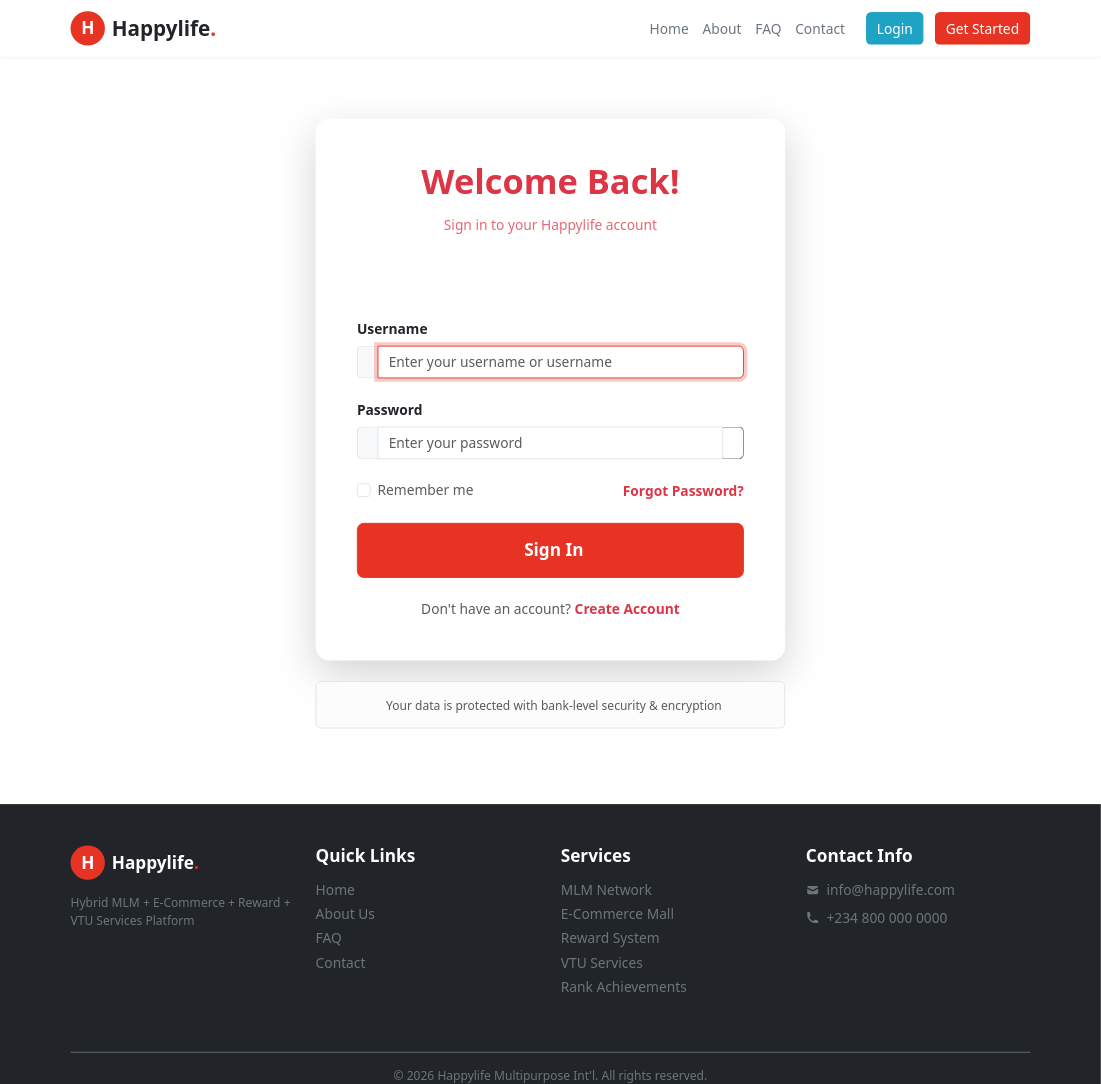
Repository: YackswebCode/happylife
Page: http://localhost/login
The author's editor kept a copy of each file at every save. The page is drawn from the files as they stood at one save, then again after the next save.
The browser window is 1280 px wide. The pictures show the whole page, at 86% of full size.
The page is served by the project's Laravel application, run on PHP 8.4 with Laravel 12. Other server files are loaded and not shown.

Above is the page before, as saved 2026-03-14 14:45:05.

### app/Http/Controllers/Auth/LoginController.php
<?php

namespace App\Http\Controllers\Auth;

use App\Http\Controllers\Controller;
use Illuminate\Http\Request;
use Illuminate\Support\Facades\Auth;

class LoginController extends Controller
{
    /**
     * Show login form
     */
    public function showLoginForm()
    {
        return view('auth.login');
    }

    /**
     * Handle login request
     */
    public function login(Request $request)
    {
        // Validate request
        $credentials = $request->validate([
            'username' => ['required', 'string'],
            'password' => ['required', 'string'],
        ]);

        // Attempt login using username
        if (Auth::attempt([
            'username' => $credentials['username'],
            'password' => $credentials['password']
        ], $request->boolean('remember'))) {

            $request->session()->regenerate();

            $user = Auth::user();

            /**
             * 1️⃣ Check Email Verification
             */
            if (!$user->email_verified_at) {
                Auth::logout();

                return back()->withErrors([
                    'username' => 'Please verify your email address first.',
                ])->onlyInput('username');
            }

            /**
             * 2️⃣ Check Payment Status
             */
            if ($user->payment_status !== 'paid') {
                Auth::logout();

                return back()->withErrors([
                    'username' => 'Please complete your payment to activate your account.',
                ])->onlyInput('username');
            }

            /**
             * 3️⃣ Check Account Status
             */
            if ($user->status !== 'active') {
                Auth::logout();

                return back()->withErrors([
                    'username' => 'Your account is not active. Please contact support.',
                ])->onlyInput('username');
            }

            // All checks passed
            return redirect()->intended('dashboard');
        }

        /**
         * Login Failed
         */
        return back()->withErrors([
            'username' => 'The provided credentials do not match our records.',
        ])->onlyInput('username');
    }

    /**
     * Logout user
     */
    public function logout(Request $request)
    {
        Auth::logout();

        $request->session()->invalidate();
        $request->session()->regenerateToken();

        return redirect('/');
    }
}

### resources/views/auth/login.blade.php
@extends('layouts.app')

@section('title', 'Login - Happylife Multipurpose Int\'l')

@section('content')
<div class="container py-5 py-lg-6">
    <div class="row justify-content-center">
        <div class="col-md-8 col-lg-6">
            <!-- Login Card -->
            <div class="card border-0 shadow-lg rounded-4 overflow-hidden">
                <!-- Card Header -->
                <div class="card-header bg-gradient text-white p-5 border-0" style="background: linear-gradient(135deg, #1FA3C4 0%, #3DB7D6 100%);">
                    <div class="text-center">
                        <h2 class="h1 fw-bold mb-3 text-danger">Welcome Back!</h2>
                        <p class="mb-0 opacity-75 text-danger">Sign in to your Happylife account</p>
                    </div>
                </div>

                <!-- Card Body -->
                <div class="card-body p-5">
                    <form method="POST" action="{{ route('login') }}">
                        @csrf

                        <!-- username Input -->
                        <div class="mb-4">
                            <label for="username" class="form-label fw-semibold">Username</label>
                            <div class="input-group">
                                <span class="input-group-text bg-light border-end-0">
                                    <i class="bi bi-envelope text-muted"></i>
                                </span>
                                <input id="username" type="username" class="form-control @error('username') is-invalid @enderror"
                                       name="username" value="{{ old('username') }}" required autocomplete="username" autofocus
                                       placeholder="Enter your username or username">
                            </div>
                            @error('username')
                                <span class="invalid-feedback d-block" role="alert">
                                    <strong>{{ $message }}</strong>
                                </span>
                            @enderror
                        </div>

                        <!-- Password Input -->
                        <div class="mb-4">
                            <label for="password" class="form-label fw-semibold">Password</label>
                            <div class="input-group">
                                <span class="input-group-text bg-light border-end-0">
                                    <i class="bi bi-lock text-muted"></i>
                                </span>
                                <input id="password" type="password" class="form-control @error('password') is-invalid @enderror"
                                       name="password" required autocomplete="current-password"
                                       placeholder="Enter your password">
                                <button class="btn btn-outline-secondary border-start-0" type="button" id="togglePassword">
                                    <i class="bi bi-eye"></i>
                                </button>
                            </div>
                            @error('password')
                                <span class="invalid-feedback d-block" role="alert">
                                    <strong>{{ $message }}</strong>
                                </span>
                            @enderror
                        </div>

                        <!-- Remember Me & Forgot Password -->
                        <div class="d-flex justify-content-between align-items-center mb-4">
                            <div class="form-check">
                                <input class="form-check-input" type="checkbox" name="remember" id="remember" {{ old('remember') ? 'checked' : '' }}>
                                <label class="form-check-label text-muted" for="remember">
                                    Remember me
                                </label>
                            </div>
                            @if (Route::has('password.request'))
                               <a class="text-danger text-decoration-none fw-semibold" href="{{ route('password.request') }}">
                                    Forgot Password?
                                </a>
                            @endif
                        </div>

                        <!-- Submit Button -->
                        <div class="mb-4">
                            <button type="submit" class="btn btn-danger btn-lg w-100 py-3 fw-bold">
                                <i class="bi bi-box-arrow-in-right me-2"></i> Sign In
                            </button>
                        </div>


                        <!-- Registration Link -->
                        <div class="text-center">
                            <p class="text-muted mb-0">Don't have an account?
                                <a href="{{ route('register') }}" class="text-danger fw-semibold text-decoration-none">
                                    Create Account
                                </a>
                            </p>
                        </div>
                    </form>
                </div>
            </div>

            <!-- Security Note -->
            <div class="alert alert-light border mt-4 text-center">
                <div class="d-flex align-items-center justify-content-center">
                    <i class="bi bi-shield-check text-success me-2"></i>
                    <small class="text-muted">Your data is protected with bank-level security & encryption</small>
                </div>
            </div>
        </div>
    </div>
</div>

<style>
    .login-icon svg {
        transition: transform 0.3s ease;
    }

    .login-icon:hover svg {
        transform: scale(1.1);
    }

    .form-control:focus, .form-select:focus {
        border-color: #E63323;
        box-shadow: 0 0 0 0.25rem rgba(230, 51, 35, 0.25);
    }

    .btn-danger {
        background-color: #E63323;
        border-color: #E63323;
    }

    .btn-danger:hover {
        background-color: #d6281a;
        border-color: #d6281a;
    }

    @media (max-width: 768px) {
        .py-lg-6 {
            padding-top: 3rem !important;
            padding-bottom: 3rem !important;
        }

        .card-header, .card-body {
            padding: 2rem !important;
        }
    }
</style>

<script>
    // Toggle password visibility
    document.addEventListener('DOMContentLoaded', function() {
        const togglePassword = document.getElementById('togglePassword');
        const password = document.getElementById('password');

        if (togglePassword && password) {
            togglePassword.addEventListener('click', function() {
                const type = password.getAttribute('type') === 'password' ? 'text' : 'password';
                password.setAttribute('type', type);

                // Toggle eye icon
                const icon = this.querySelector('i');
                if (type === 'password') {
                    icon.classList.remove('bi-eye-slash');
                    icon.classList.add('bi-eye');
                } else {
                    icon.classList.remove('bi-eye');
                    icon.classList.add('bi-eye-slash');
                }
            });
        }

        // Form validation
        const form = document.querySelector('form');
        if (form) {
            form.addEventListener('submit', function(e) {
                const username = document.getElementById('username');
                const password = document.getElementById('password');

                if (!username.value || !password.value) {
                    e.preventDefault();
                    if (!username.value) {
                        username.classList.add('is-invalid');
                    }
                    if (!password.value) {
                        password.classList.add('is-invalid');
                    }
                }
            });
        }
    });
</script>
@endsection

### resources/views/layouts/app.blade.php
<!DOCTYPE html>
<html lang="{{ str_replace('_', '-', app()->getLocale()) }}">
<head>
    <meta charset="utf-8">
    <meta name="viewport" content="width=device-width, initial-scale=1">
    <meta name="csrf-token" content="{{ csrf_token() }}">
    <title>@yield('title', 'Happylife Multipurpose Int\'l')</title>

    <!-- Fonts -->
    <link rel="preconnect" href="https://fonts.bunny.net">
    <link href="https://fonts.bunny.net/css?family=inter:400,500,600,700" rel="stylesheet" />

    <!-- Bootstrap CSS -->
    <link href="https://cdn.jsdelivr.net/npm/bootstrap@5.3.2/dist/css/bootstrap.min.css" rel="stylesheet">

    <style>
        :root {
            --color-red: #E63323;
            --color-teal-blue: #1FA3C4;
            --color-dark-gray: #333333;
            --color-light-gray: #E6E6E6;
            --color-soft-cyan: #3DB7D6;
        }

        .bg-red-happylife { background-color: var(--color-red); }
        .text-red-happylife { color: var(--color-red); }
        .border-red-happylife { border-color: var(--color-red); }

        .bg-teal-blue { background-color: var(--color-teal-blue); }
        .text-teal-blue { color: var(--color-teal-blue); }

        .bg-soft-cyan { background-color: var(--color-soft-cyan); }
    </style>
</head>
<body class="font-inter">

    <!-- Navigation -->
    <nav class="navbar navbar-expand-lg navbar-light bg-white shadow-sm sticky-top">
        <div class="container">
            <a class="navbar-brand d-flex align-items-center" href="{{ route('home') }}">
                <div class="bg-red-happylife rounded-circle d-flex justify-content-center align-items-center me-2" style="width:40px; height:40px;">
                    <span class="text-white fw-bold fs-5">H</span>
                </div>
                <span class="fs-4 fw-bold text-dark">Happylife<span class="text-red-happylife">.</span></span>
            </a>

            <button class="navbar-toggler" type="button" data-bs-toggle="collapse" data-bs-target="#navbarNav"
                aria-controls="navbarNav" aria-expanded="false" aria-label="Toggle navigation">
                <span class="navbar-toggler-icon"></span>
            </button>

            <div class="collapse navbar-collapse" id="navbarNav">
                <ul class="navbar-nav ms-auto mb-2 mb-lg-0 align-items-lg-center">
                    <li class="nav-item">
                        <a class="nav-link text-secondary" href="{{ route('home') }}">Home</a>
                    </li>
                    <li class="nav-item">
                        <a class="nav-link text-secondary" href="{{ route('about') }}">About</a>
                    </li>
                    <li class="nav-item">
                        <a class="nav-link text-secondary" href="{{ route('faq') }}">FAQ</a>
                    </li>
                    <li class="nav-item">
                        <a class="nav-link text-secondary" href="{{ route('contact') }}">Contact</a>
                    </li>
                    <li class="nav-item ms-lg-3">
                        <a class="btn bg-teal-blue text-white me-2" href="{{ route('login') }}">Login</a>
                        <a class="btn bg-red-happylife text-white" href="{{ route('register') }}">Get Started</a>
                    </li>
                </ul>
            </div>
        </div>
    </nav>

    <!-- Page Content -->
    <main class="py-4">
        @yield('content')
    </main>

    <!-- Footer -->
    <footer class="bg-dark text-white pt-5">
        <div class="container">
            <div class="row">
                <div class="col-md-3 mb-4">
                    <a href="{{ route('home') }}" class="d-flex align-items-center mb-3 text-decoration-none">
                        <div class="bg-red-happylife rounded-circle d-flex justify-content-center align-items-center me-2" style="width:40px; height:40px;">
                            <span class="text-white fw-bold fs-5">H</span>
                        </div>
                        <span class="fs-5 fw-bold text-white">Happylife<span class="text-red-happylife">.</span></span>
                    </a>
                    <p class="text-secondary small">Hybrid MLM + E-Commerce + Reward + VTU Services Platform</p>
                </div>

                <div class="col-md-3 mb-4">
                    <h5 class="fw-semibold mb-3">Quick Links</h5>
                    <ul class="list-unstyled">
                        <li><a class="text-secondary text-decoration-none d-block mb-1" href="{{ route('home') }}">Home</a></li>
                        <li><a class="text-secondary text-decoration-none d-block mb-1" href="{{ route('about') }}">About Us</a></li>
                        <li><a class="text-secondary text-decoration-none d-block mb-1" href="{{ route('faq') }}">FAQ</a></li>
                        <li><a class="text-secondary text-decoration-none d-block" href="{{ route('contact') }}">Contact</a></li>
                    </ul>
                </div>

                <div class="col-md-3 mb-4">
                    <h5 class="fw-semibold mb-3">Services</h5>
                    <ul class="list-unstyled text-secondary">
                        <li class="mb-1">MLM Network</li>
                        <li class="mb-1">E-Commerce Mall</li>
                        <li class="mb-1">Reward System</li>
                        <li class="mb-1">VTU Services</li>
                        <li>Rank Achievements</li>
                    </ul>
                </div>

                <div class="col-md-3 mb-4">
                    <h5 class="fw-semibold mb-3">Contact Info</h5>
                    <ul class="list-unstyled text-secondary">
                        <li class="mb-2 d-flex align-items-center">
                            <svg class="me-2" width="16" height="16" fill="currentColor" viewBox="0 0 20 20">
                                <path d="M2.003 5.884L10 9.882l7.997-3.998A2 2 0 0016 4H4a2 2 0 00-1.997 1.884z"/>
                                <path d="M18 8.118l-8 4-8-4V14a2 2 0 002 2h12a2 2 0 002-2V8.118z"/>
                            </svg>
                            info@happylife.com
                        </li>
                        <li class="d-flex align-items-center">
                            <svg class="me-2" width="16" height="16" fill="currentColor" viewBox="0 0 20 20">
                                <path d="M2 3a1 1 0 011-1h2.153a1 1 0 01.986.836l.74 4.435a1 1 0 01-.54 1.06l-1.548.773a11.037 11.037 0 006.105 6.105l.774-1.548a1 1 0 011.059-.54l4.435.74a1 1 0 01.836.986V17a1 1 0 01-1 1h-2C7.82 18 2 12.18 2 5V3z"/>
                            </svg>
                            +234 800 000 0000
                        </li>
                    </ul>
                </div>
            </div>

            <div class="border-top border-secondary mt-4 pt-3 text-center text-secondary small">
                &copy; {{ date('Y') }} Happylife Multipurpose Int'l. All rights reserved.
            </div>
        </div>
    </footer>

    <!-- Bootstrap JS -->
    <script src="https://cdn.jsdelivr.net/npm/bootstrap@5.3.2/dist/js/bootstrap.bundle.min.js"></script>

    @stack('scripts')
</body>
</html>

Loaded but not shown: app/Providers/AppServiceProvider.php (common file); app/Http/Controllers/Controller.php (common file); routes/web.php (160 lines, source omitted); routes/member.php (141 lines, source omitted); routes/admin.php (no stored copy; drawn as an empty file)

After the next save:
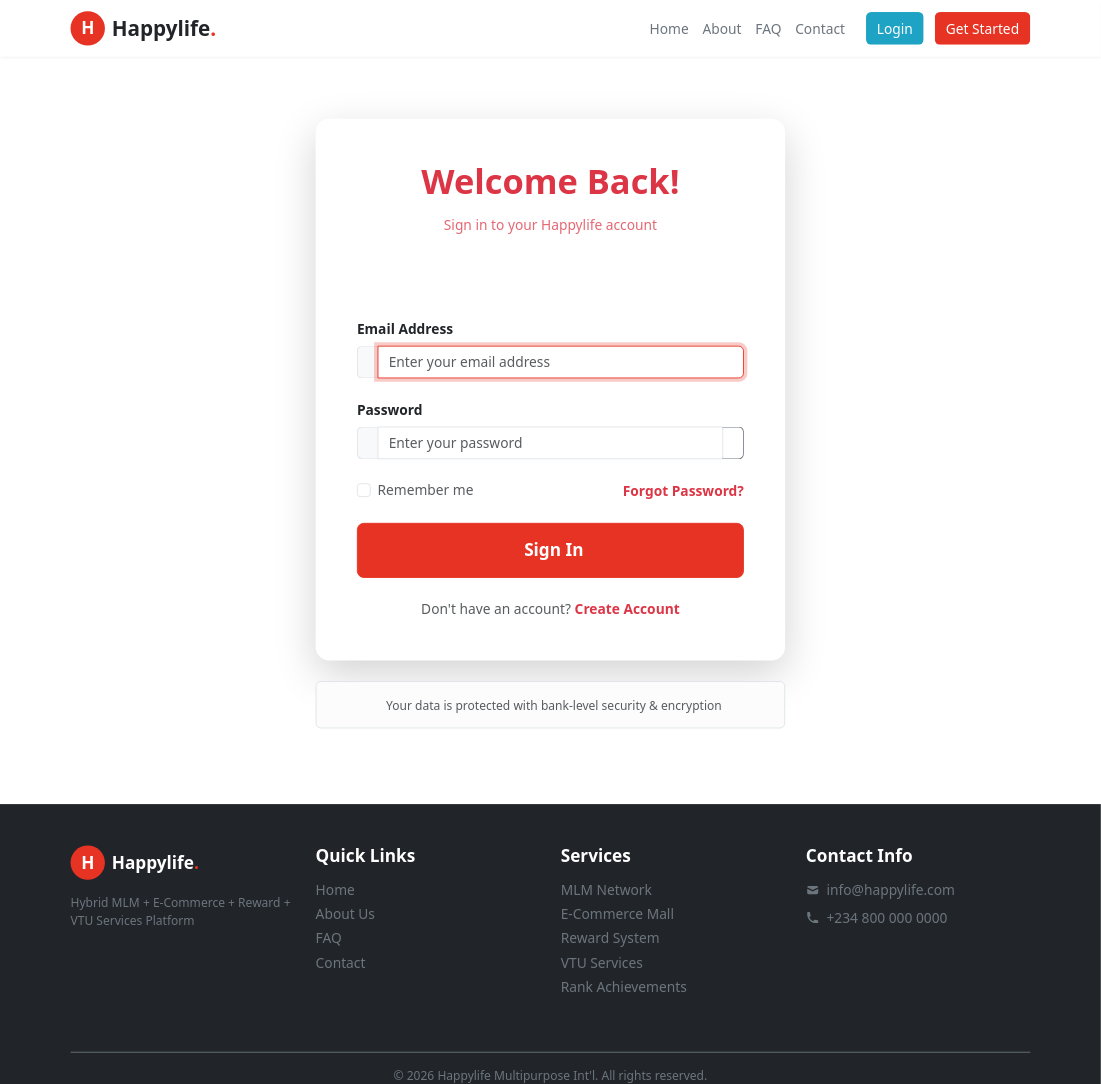
Saved 32 s later.
--- a/resources/views/auth/login.blade.php
+++ b/resources/views/auth/login.blade.php
@@ -21,18 +21,18 @@
                     <form method="POST" action="{{ route('login') }}">
                         @csrf
 
-                        <!-- username Input -->
+                        <!-- Email Input -->
                         <div class="mb-4">
-                            <label for="username" class="form-label fw-semibold">Username</label>
+                            <label for="email" class="form-label fw-semibold">Email Address</label>
                             <div class="input-group">
                                 <span class="input-group-text bg-light border-end-0">
                                     <i class="bi bi-envelope text-muted"></i>
                                 </span>
-                                <input id="username" type="username" class="form-control @error('username') is-invalid @enderror"
-                                       name="username" value="{{ old('username') }}" required autocomplete="username" autofocus
-                                       placeholder="Enter your username or username">
+                                <input id="email" type="email" class="form-control @error('email') is-invalid @enderror"
+                                       name="email" value="{{ old('email') }}" required autocomplete="email" autofocus
+                                       placeholder="Enter your email address">
                             </div>
-                            @error('username')
+                            @error('email')
                                 <span class="invalid-feedback d-block" role="alert">
                                     <strong>{{ $message }}</strong>
                                 </span>
@@ -81,7 +81,6 @@
                                 <i class="bi bi-box-arrow-in-right me-2"></i> Sign In
                             </button>
                         </div>
-
 
                         <!-- Registration Link -->
                         <div class="text-center">
@@ -169,13 +168,13 @@
         const form = document.querySelector('form');
         if (form) {
             form.addEventListener('submit', function(e) {
-                const username = document.getElementById('username');
+                const email = document.getElementById('email');
                 const password = document.getElementById('password');
 
-                if (!username.value || !password.value) {
+                if (!email.value || !password.value) {
                     e.preventDefault();
-                    if (!username.value) {
-                        username.classList.add('is-invalid');
+                    if (!email.value) {
+                        email.classList.add('is-invalid');
                     }
                     if (!password.value) {
                         password.classList.add('is-invalid');
